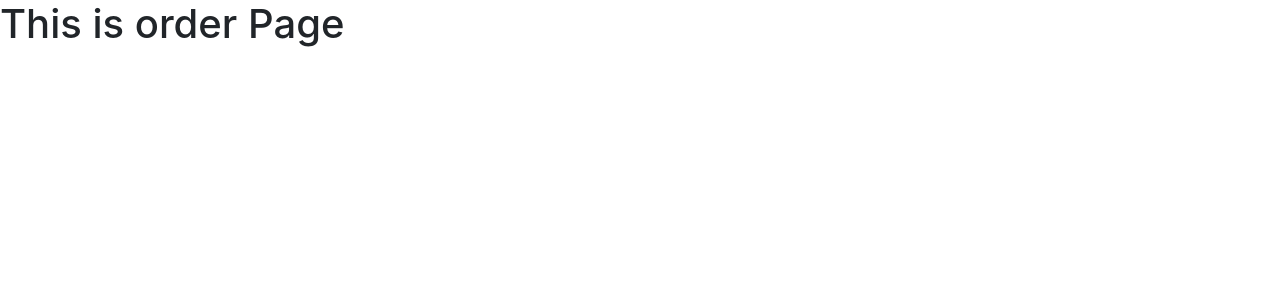
Repository: MangiVarunReddy/ShoppingCart
Page: http://localhost/ShoppingCart/orders.jsp
These files come from the project's save history. The page is drawn as it stood at one moment and after the next save; the edit follows.
The browser window is 1280 px wide. The pictures show the whole page.
The page is served by Tomcat 9. Other server files are loaded and not shown.

Above is the page before, as saved 2023-08-31 16:46:37.

### ShoppingCart/src/main/webapp/orders.jsp
<%@ page language="java" contentType="text/html; charset=UTF-8"
    pageEncoding="UTF-8"%>
<!DOCTYPE html>
<html>
<head>

<title>Orders</title>
<%@include file="/includes/head.jsp" %>
</head>
<body>
<h1>This is order Page</h1>



<%@include file="/includes/footer.jsp" %>
</body>
</html>

### ShoppingCart/src/main/webapp/includes/head.jsp
<meta charset="UTF-8">
<link href="https://maxcdn.bootstrapcdn.com/bootstrap/4.5.2/css/bootstrap.min.css" rel="stylesheet">

### ShoppingCart/src/main/webapp/includes/footer.jsp
 <script src="https://ajax.googleapis.com/ajax/libs/jquery/3.5.1/jquery.min.js"></script>
    <script src="https://cdn.jsdelivr.net/npm/@popperjs/core@2.9.3/dist/umd/popper.min.js"></script>
    <script src="https://maxcdn.bootstrapcdn.com/bootstrap/4.5.2/js/bootstrap.min.js"></script>

### ShoppingCart/src/main/webapp/includes/navbar.jsp
<nav class="navbar navbar-expand-lg navbar-light bg-light">
<div class="container">
		<div class="container-fluid">
			<a class="navbar-brand" href="index.jsp">E-Commerce Shopping Cart</a>
			<button class="navbar-toggler" type="button"
				data-bs-toggle="collapse" data-bs-target="#navbarSupportedContent"
				aria-controls="navbarSupportedContent" aria-expanded="false"
				aria-label="Toggle navigation">
				<span class="navbar-toggler-icon"></span>
			</button>
			<div class="collapse navbar-collapse" id="navbarSupportedContent">
				<ul class="navbar-nav ml-auto">
					<li class="nav-item active"><a class="nav-link"
						 href="index.jsp">Home  </a></li>
					<li class="nav-item"><a class="nav-link" href="cart.jsp">Cart</a></li>

					<li class="nav-item"><a class="nav-link" href="orders.jsp">Orders</a></li>
					<li class="nav-item"><a class="nav-link" href="#">Logout</a></li>
					<li class="nav-item"><a class="nav-link" href="login.jsp">Login</a></li>
				</ul>

			</div>
		</div>
</div>
	</nav>

After the next save:
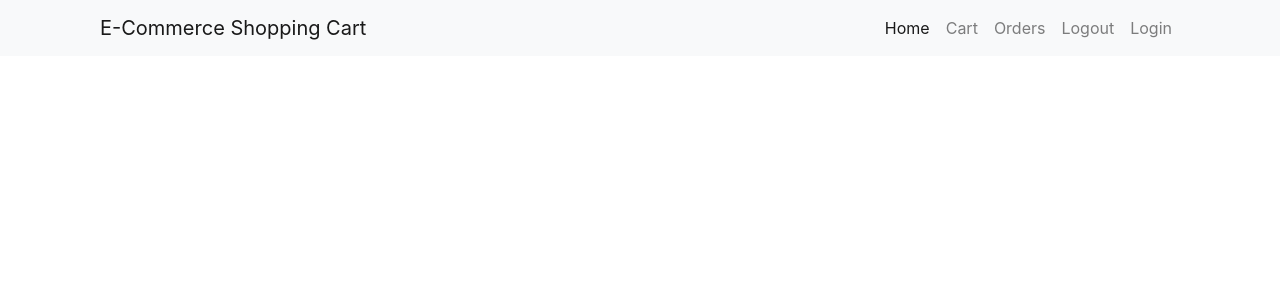
Saved 11 s later.
--- a/ShoppingCart/src/main/webapp/orders.jsp
+++ b/ShoppingCart/src/main/webapp/orders.jsp
@@ -8,7 +8,7 @@
 <%@include file="/includes/head.jsp" %>
 </head>
 <body>
-<h1>This is order Page</h1>
+<%@include file="/includes/navbar.jsp"%>
 
 
 
